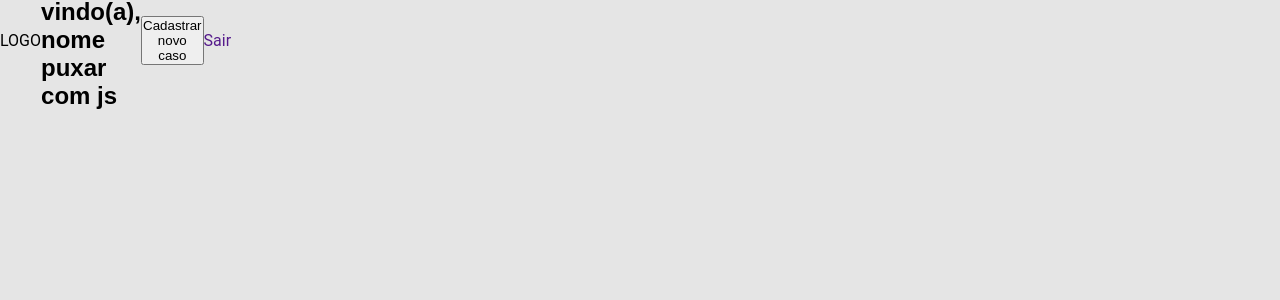
Repository: Dirlandia404/Casos
Page: src/pages/cadastroOng.html
An editor plug-in stored every save of this project. The page is shown before and after the next save, followed by the edit.
The browser window is 1280 px wide. The pictures show the whole page.

Above is the page before, as saved 2021-07-14 10:29:15.

After the next save:
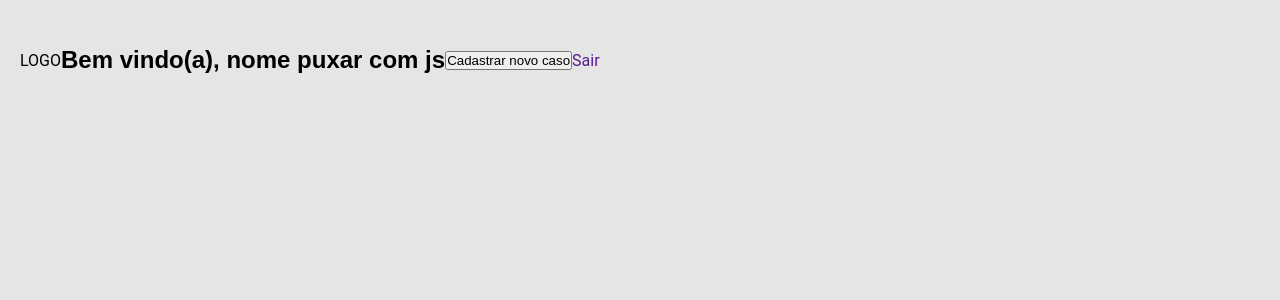
Saved 13 s later.
--- a/src/style/cadastroOng.css
+++ b/src/style/cadastroOng.css
@@ -1,5 +1,5 @@
 header{
-    max-width: 20px;
+    margin: 20px;
     height: 5rem;
     display: flex;
     align-items: center;
